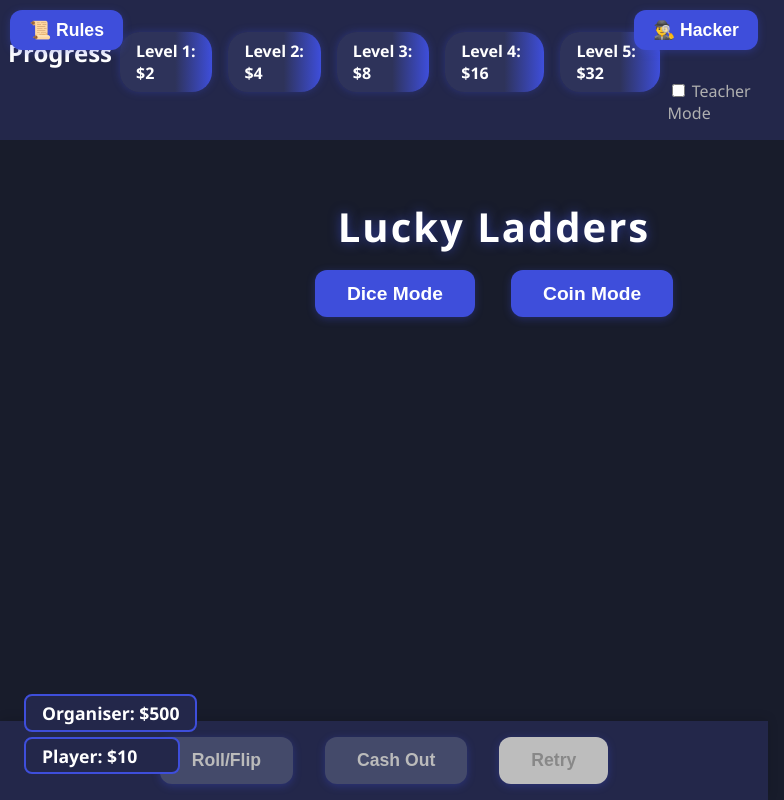
Repository: DrFez/luckyladders
Page: index.html
The author's editor kept a copy of each file at every save. The page is drawn from the files as they stood at one save, then again after the next save.
The browser window is 768 px wide. The page is 784 px wide, so the pictures cover 784 px, including what lies to the right of the window. The pictures show the whole page.

Above is the page before, as saved 2025-07-23 21:43:29.

After the next save:
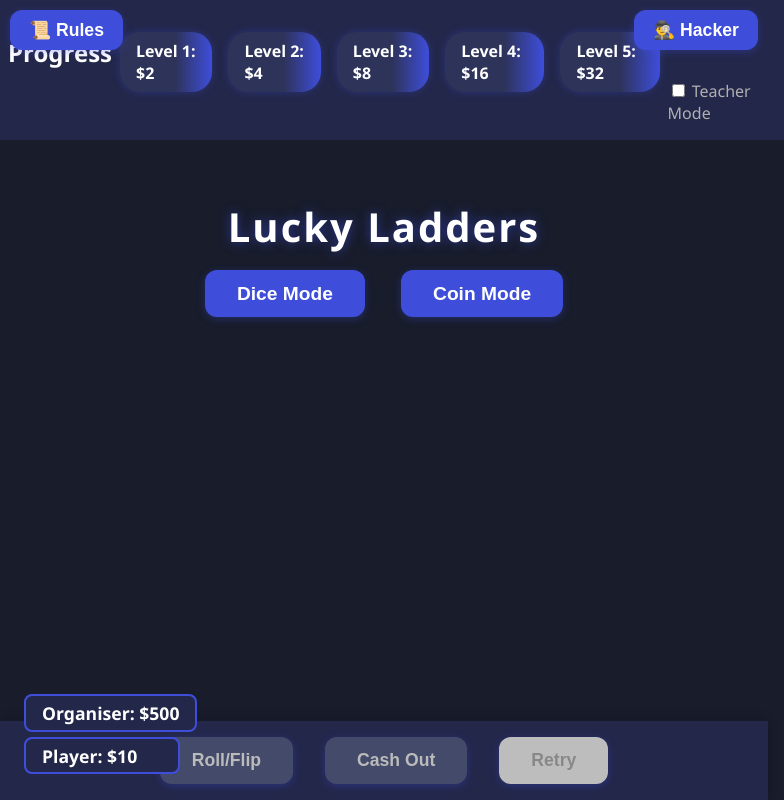
Saved 49 s later.
--- a/style/main.css
+++ b/style/main.css
@@ -24,12 +24,6 @@ aside#side-panel {
     display: flex;
     flex-direction: column;
     align-items: center;
-    /* Vertically center the content */
-    justify-content: center;
-    height: 100vh;
-    position: fixed;
-    left: 0;
-    top: 0;
 }
 
 #ladder-progress {
@@ -73,7 +67,6 @@ main#main-panel {
     justify-content: flex-start;
     padding: 2rem 1rem 1rem 1rem;
     min-width: 0;
-    margin-left: 220px;
 }
 
 #main-panel h1 {
@@ -313,18 +306,13 @@ footer#bottom-panel {
         flex-direction: column;
     }
     aside#side-panel {
-        position: static;
         width: 100%;
-        height: auto;
         flex-direction: row;
         justify-content: space-between;
         align-items: flex-start;
         padding: 1rem 0.5rem;
         box-shadow: none;
     }
-    #main-panel {
-        margin-left: 0;
-    }
     #ladder-progress {
         display: flex;
         flex-direction: row;
